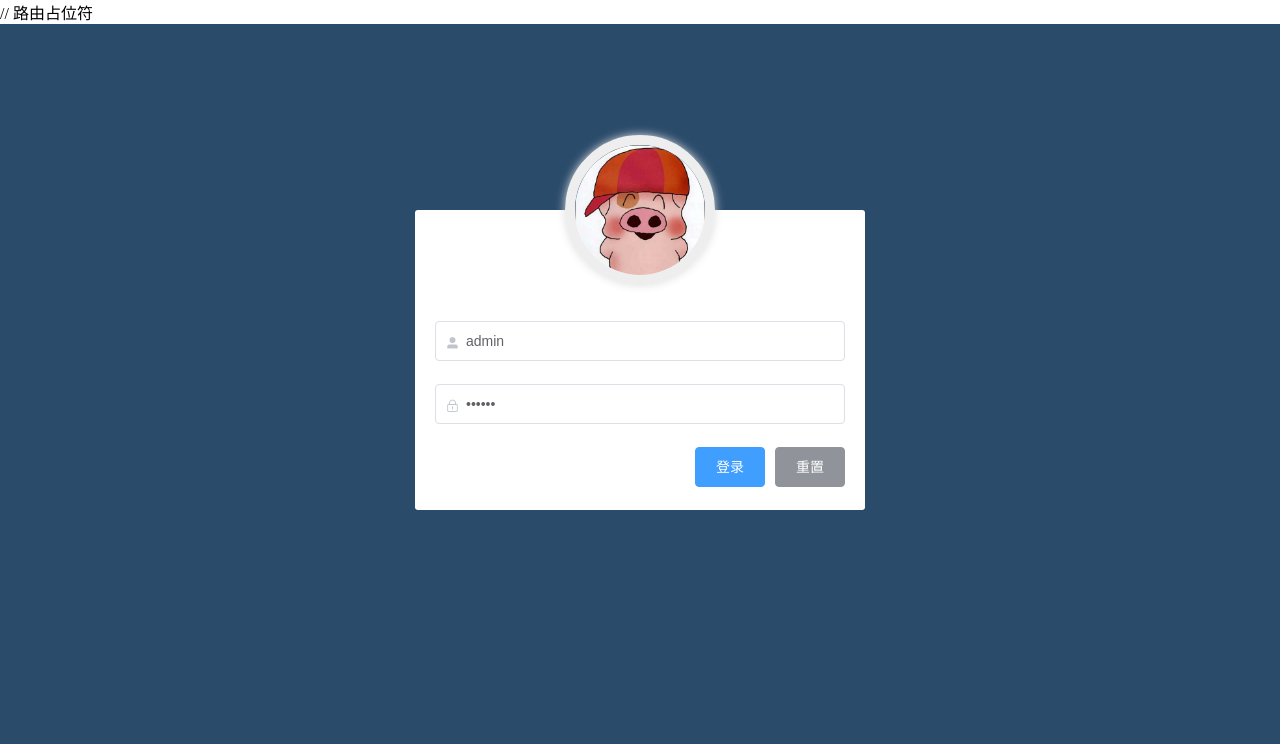
Repository: Japcy/onetwothree
Page: /
The author's editor kept a copy of each file at every save. The page is drawn from the files as they stood at one save, then again after the next save.
The browser window is 1280 px wide. The pictures show the whole page.
The project was rebuilt for these pictures with package versions that can differ from the ones it lists, and the page was loaded fresh each time.

Above is the page before, as saved 2020-03-01 11:06:06.

### src/main.js
import Vue from 'vue'
import App from './App.vue'
import router from './router'
import './plugins/element.js'
// 导入全局样式表
import './assets/css/global.css'
// 导入axios，配置根路径
import axios from 'axios'
Vue.prototype.$http = axios
axios.defaults.baseURL = 'http://127.0.0.1:8888/api/private/v1/'

Vue.config.productionTip = false

new Vue({
  router,
  render: h => h(App)
}).$mount('#app')

### src/App.vue
<template>
  <div id="app">
    // 路由占位符
    <router-view></router-view>
  </div>
</template>

<script>

export default {
  name: 'app',
  components: {
  }
}
</script>

<style>

</style>

### src/router/index.js
import Vue from 'vue'
import VueRouter from 'vue-router'
import Login from '../components/Login.vue'
import Home from '../components/Home.vue'

Vue.use(VueRouter)

const routes = [
  {
    path: '/',
    redirect: '/login'
  },
  {
    path: '/login',
    component: Login
  },
  {
    path: '/home',
    component: Home
  }
]

const router = new VueRouter({
  routes
})

// 挂载路由导航守卫，接受三个参数：to将要访问的路径，from从哪个路径跳转而来的，next放行后要执行的函数
router.beforeEach((to, from, next) => {
  // 如果要跳转到登录页，直接放行
  if (to.path === '/login') return next()
  // 如果访问其他需要登录权限的页面，验证token
  const tokenStr = window.sessionStorage.getItem('token')
  // 如果token不存在，强制跳转到登录页
  if (!tokenStr) return next('/login')
  // 如果token存在，直接放行
  next()
})

export default router

### src/plugins/element.js
import Vue from 'vue'
import {
  Button, Form, FormItem, Input, Message, Container, Header,
  Aside, Main, Menu, Submenu, MenuItemGroup, MenuItem
} from 'element-ui'

Vue.use(Button)
Vue.use(Form)
Vue.use(FormItem)
Vue.use(Input)
Vue.use(Container)
Vue.use(Header)
Vue.use(Aside)
Vue.use(Main)
Vue.use(Menu)
Vue.use(Submenu)
Vue.use(MenuItemGroup)
Vue.use(MenuItem)
Vue.prototype.$message = Message

### src/components/Login.vue
<template>
  <div class="login">
    <div class="login-box">
      <div class="avatar">
        <img src="../assets/img/logo.jpg" alt />
      </div>
      <!-- 登录表单区 -->
      <el-form ref="loginFormRef" :model="loginForm" :rules="loginFormRules" class="login-form">
        <!-- 用户名 -->
        <el-form-item prop="username">
          <el-input v-model="loginForm.username" prefix-icon="el-icon-user-solid"></el-input>
        </el-form-item>
        <!-- 密码 -->
        <el-form-item prop="password">
          <el-input v-model="loginForm.password" type="password" prefix-icon="el-icon-lock"></el-input>
        </el-form-item>
        <!-- 按钮区域 -->
        <el-form-item class="btns">
          <el-button type="primary" @click="login">登录</el-button>
          <el-button type="info" @click="resetLoginForm">重置</el-button>
        </el-form-item>
      </el-form>
    </div>
  </div>
</template>

<script type="text/ecmascript-6">
export default {
  name: 'login',
  data () {
    return {
      // 登录表单的数据绑定对象
      loginForm: {
        username: 'admin',
        password: '123456'
      },
      // 登录表单的验证规则
      loginFormRules: {
        username: [
          { required: true, message: '请输入账号', trigger: 'blur' },
          { min: 3, max: 8, message: '长度在 3 到 5 个字符', trigger: 'blur' }
        ],
        password: [
          { required: true, message: '请输入密码', trigger: 'blur' },
          { min: 5, max: 16, message: '长度在 5 到 16 个字符', trigger: 'blur' }
        ]
      }
    }
  },
  components: {},
  methods: {
    // 登录按钮验证
    login () {
      this.$refs.loginFormRef.validate(async valid => {
        if (!valid) return
        const { data: res } = await this.$http.post('login', this.loginForm)
        // console.log(res)
        if (res.meta.status !== 200) return this.$message.error('登录失败')
        this.$message.success('登录成功')
        // 1.将登录成功之后的token保存到客户端的sessionStorage中
        //  1.1 除了登录以外的其他api接口，必须在登录成功之后才能访问
        //  1.2 token只应在当前网站打开期间生效，所以将token保存在sessionStorage中
        // console.log(res)
        window.sessionStorage.setItem('token', res.data.token)
        // 2.通过编程式导航跳转到后台主页，路由地址是/home
        this.$router.push('/home')
      })
    },
    // 重置按钮方法
    resetLoginForm () {
      this.$refs.loginFormRef.resetFields()
    }
  }
}
</script>

<style lang="less" scoped>
.login {
  background-color: #2b4b6b;
  height: 100%;
}
.login-box {
  width: 450px;
  height: 300px;
  background-color: #fff;
  border-radius: 3px;
  position: absolute;
  left: 50%;
  top: 50%;
  transform: translate(-50%, -50%);

  .avatar {
    width: 130px;
    height: 130px;
    border: 10px solid #eee;
    border-radius: 50%;
    overflow: hidden;
    box-shadow: 0 0 10px #ddd;
    position: absolute;
    left: 50%;
    transform: translate(-50%, -50%);

    img {
      width: 100%;
      height: auto;
    }
  }
}
.login-form {
  position: absolute;
  bottom: 0;
  width: 100%;
  padding: 0 20px;
  box-sizing: border-box;
}
.btns {
  display: flex;
  justify-content: flex-end;
}
</style>

### src/components/Home.vue
<template>
  <div class="home">
    <el-container class="home-container">
      <!-- 头部区域 -->
      <el-header>
        <div>
          <img src="../assets/img/favicon.png" alt />
          <span>XX后台管理系统</span>
        </div>
        <el-button type="info" @click="logout">退出</el-button>
      </el-header>
      <!-- 主体内容区 -->
      <el-container>
        <!-- 侧边栏 -->
        <el-aside width="200px">
          <!-- 侧边栏区域 -->
          <el-menu background-color="#333744" text-color="#fff" active-text-color="#ffd04b">
            <!-- 一级菜单 -->
            <el-submenu index="1">
              <!-- 一级菜单模板区域 -->
              <template slot="title">
                <i class="el-icon-location"></i>
                <span>导航一</span>
              </template>
              <!-- 二级菜单 -->
              <el-menu-item index="1-4-1">
                <template slot="title">
                  <i class="el-icon-location"></i>
                  <span>导航一</span>
                </template>
              </el-menu-item>
            </el-submenu>
          </el-menu>
        </el-aside>
        <!-- 右侧内容主题 -->
        <el-main>Main</el-main>
      </el-container>
    </el-container>
  </div>
</template>

<script type="text/ecmascript-6">
export default {
  name: 'home',
  data () {
    return {}
  },
  components: {},
  methods: {
    logout () {
      window.sessionStorage.clear()
      this.$router.push('/login')
    }
  }
}
</script>

<style lang='less' scoped>
.home {
  height: 100%;
}

.home-container {
  height: 100%;
}

.el-header {
  background-color: #373d41;
  display: flex;
  justify-content: space-between;
  align-items: center;
  color: #fff;
  font-size: 20px;
  > div {
    display: flex;
    align-items: center;
    span {
      margin-left: 15px;
    }
  }
}

.el-aside {
  background-color: #333744;
}

.el-main {
  background-color: #eaedf1;
}
</style>

Loaded but not shown: public/index.html (common file); src/assets/css/global.css (common file)

After the next save:
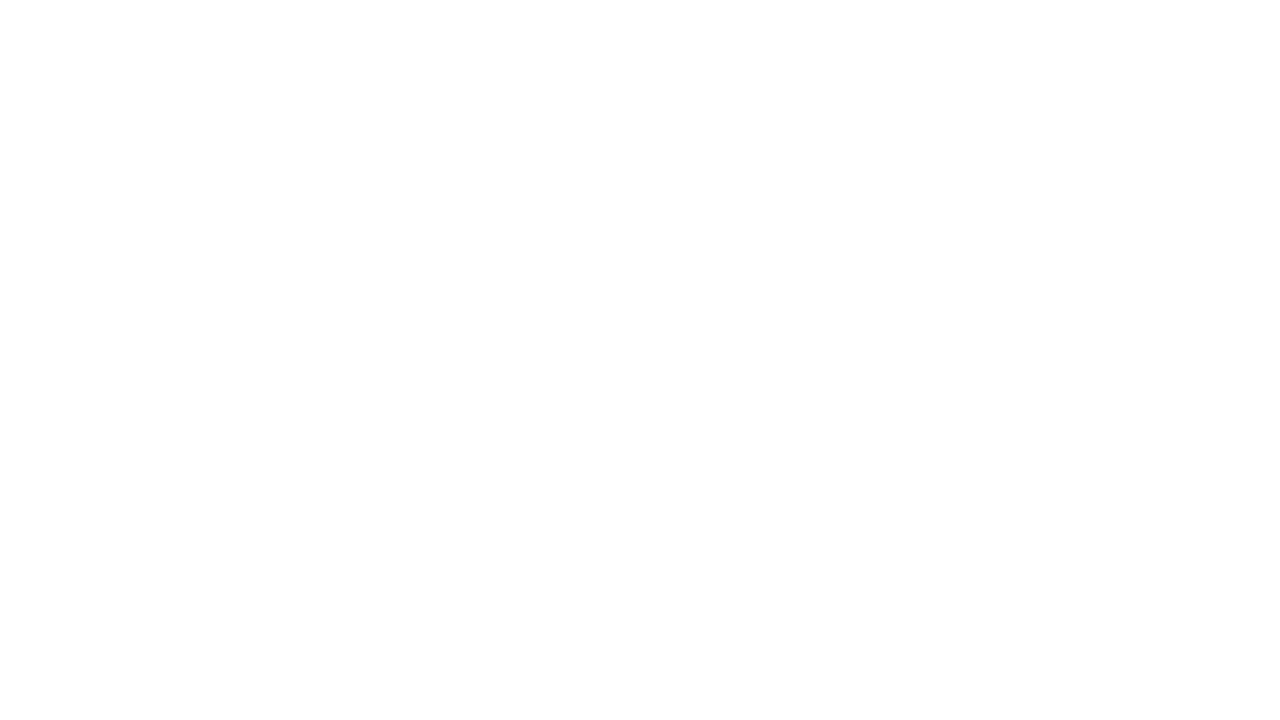
Console error: ReferenceError: MenuItemGroup is not defined
Saved 55 s later.
--- a/src/plugins/element.js
+++ b/src/plugins/element.js
@@ -1,7 +1,7 @@
 import Vue from 'vue'
 import {
   Button, Form, FormItem, Input, Message, Container, Header,
-  Aside, Main, Menu, Submenu, MenuItemGroup, MenuItem
+  Aside, Main, Menu, Submenu, MenuItem
 } from 'element-ui'
 
 Vue.use(Button)

After the save that followed:
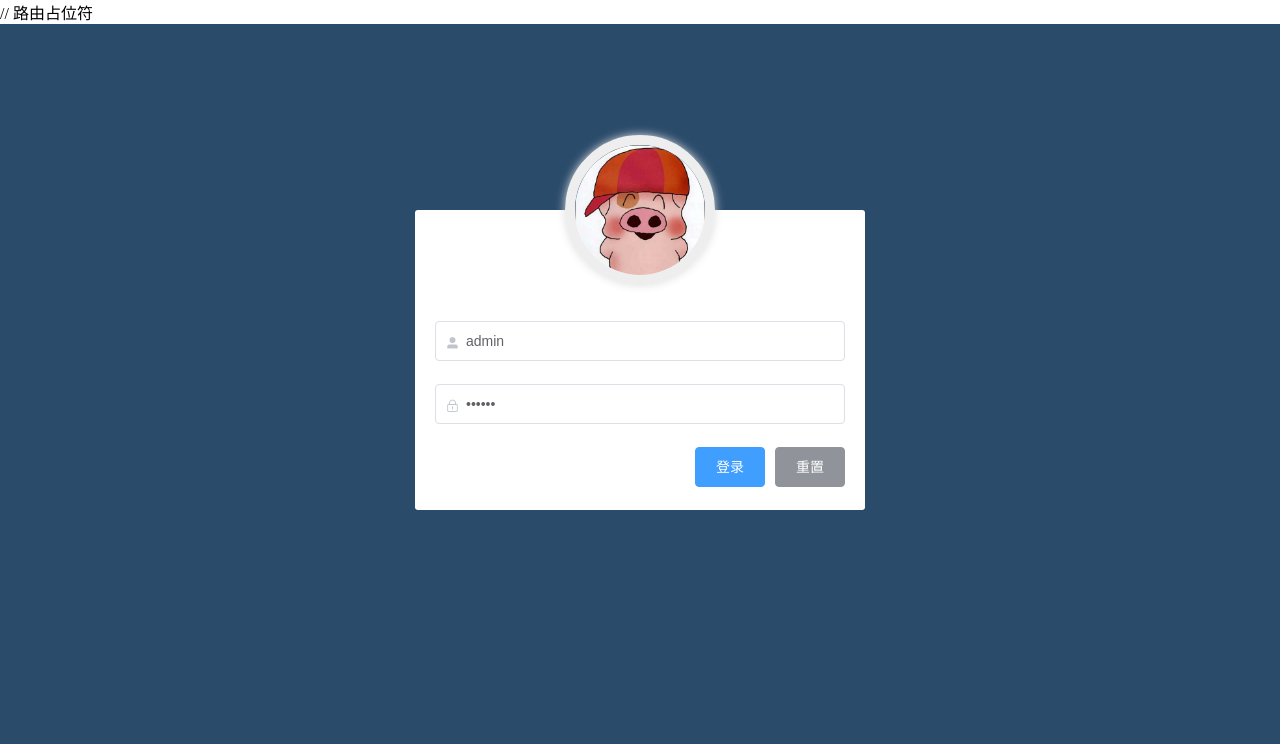
The error is gone.
Saved 9 s later.
--- a/src/plugins/element.js
+++ b/src/plugins/element.js
@@ -14,6 +14,5 @@ Vue.use(Aside)
 Vue.use(Main)
 Vue.use(Menu)
 Vue.use(Submenu)
-Vue.use(MenuItemGroup)
 Vue.use(MenuItem)
 Vue.prototype.$message = Message
